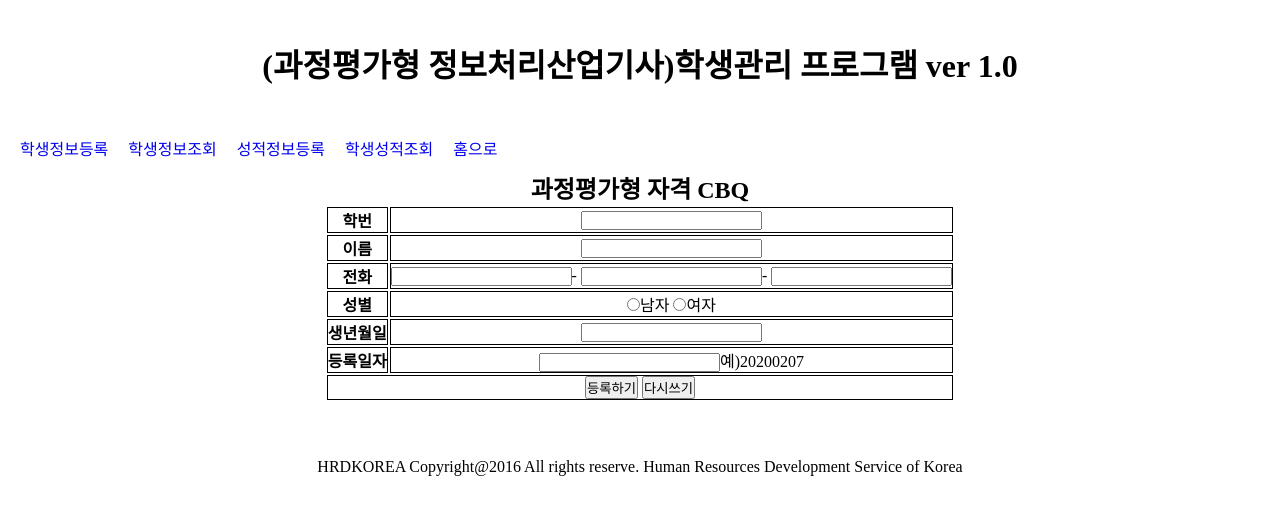
Repository: SeolhwaPark/JSL40_HRDKOREA
Page: http://localhost/HRD_0428_02/insert.jsp
These files come from the project's save history. The page is drawn as it stood at one moment and after the next save; the edit follows.
The browser window is 1280 px wide. The pictures show the whole page.
The page is served by Tomcat 9.

Above is the page before, as saved 2020-04-28 11:58:36.

After the next save:
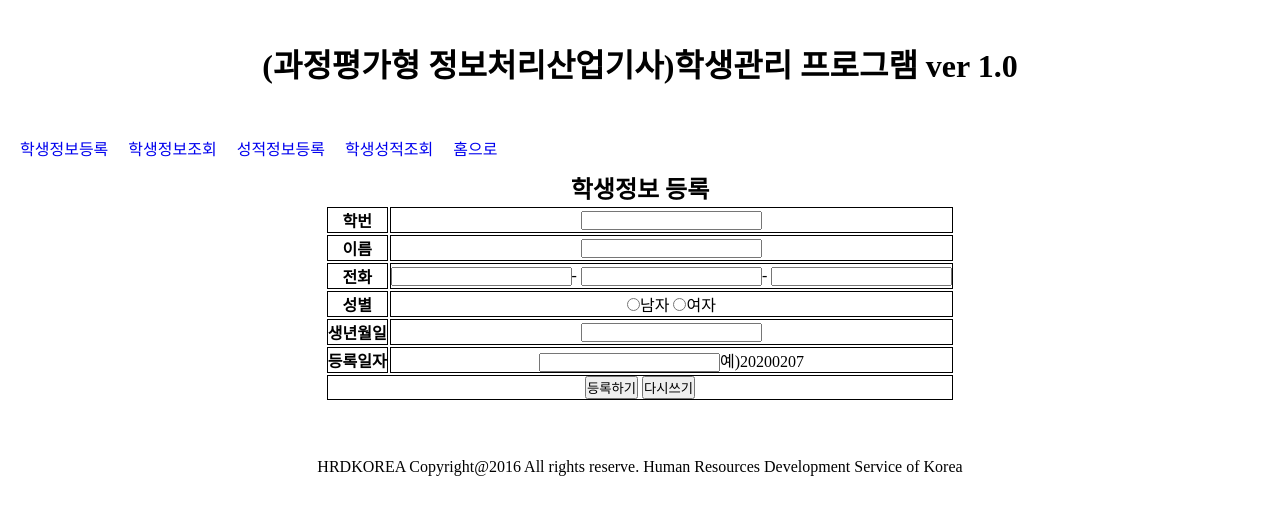
Saved 118 s later.
--- a/HRD_0428_02/WebContent/insert.jsp
+++ b/HRD_0428_02/WebContent/insert.jsp
@@ -96,7 +96,7 @@ function del() {
 </div>
 <div class="section">
 	<section>
-		<h2 class="title">과정평가형 자격 CBQ</h2>
+		<h2 class="title">학생정보 등록</h2>
 		<div class="content">
 
 			<form name="insert" method="post" action="insert_pro.jsp">
